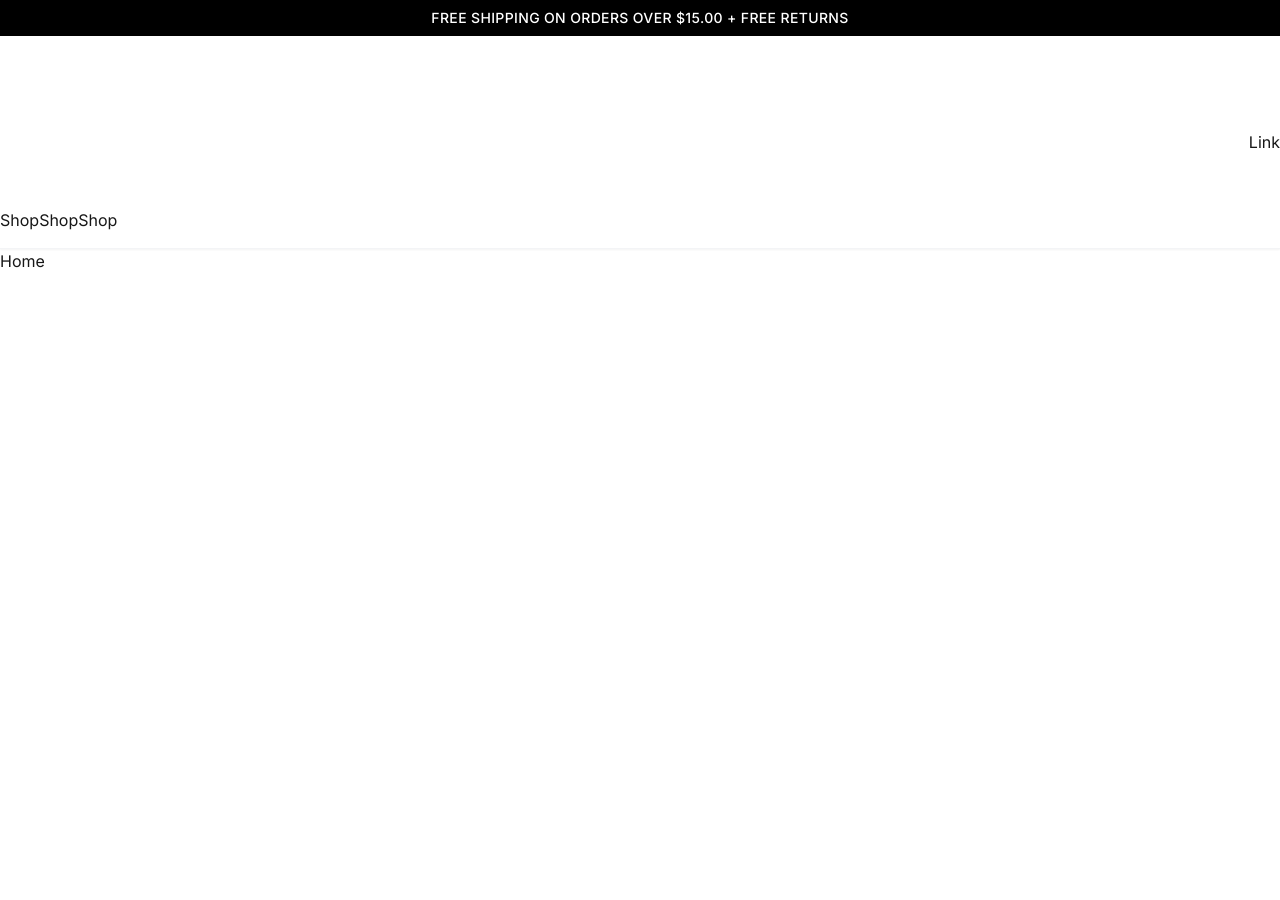
Repository: DiwanMalla/TEMU_CLONE
Page: /
These files come from the project's save history. The page is drawn as it stood at one moment and after the next save; the edit follows.
The browser window is 1280 px wide. The pictures show the whole page.
The project was rebuilt for these pictures with package versions that can differ from the ones it lists, and the page was loaded fresh each time. The framework's server and built-in components were replaced by stand-ins that run in the browser. Also part of the build but not shown: next.config.ts.

Above is the page before, as saved 2025-01-20 22:25:44.

### app/layout.tsx
import type { Metadata } from "next";
import "./globals.css";
import { Inter } from "next/font/google";
import Header from "@/components/layout/Header";

const inter = Inter({ subsets: ["latin"] });
export const metadata: Metadata = {
  title: "Create Next App",
  description: "Generated by create next app",
};

export default function RootLayout({
  children,
}: Readonly<{
  children: React.ReactNode;
}>) {
  return (
    <html lang="en">
      <body className={`${inter.className} antialiased  min-h-[125vh]`}>
        <Header />
        {children}
      </body>
    </html>
  );
}

### app/page.tsx
import Header from "@/components/layout/Header";

const page = () => {
  return <div>Home</div>;
};

export default page;

### components/layout/Header.tsx
"use client";
import Link from "next/link";
import { useEffect, useState } from "react";

const AnnounecementBar = () => {
  return (
    <div className="w-full bg-black py-2">
      <div className="container mx-auto flex items-center justify-center px-3">
        <span className="text-center text-sm font-medium tracking-wide text-white">
          FREE SHIPPING ON ORDERS OVER $15.00 + FREE RETURNS
        </span>
      </div>
    </div>
  );
};
const Header = () => {
  const [isOpen, setIsOpen] = useState(false);
  const [prevScrollY, setPrevScrollY] = useState<number>(0);
  useEffect(() => {
    const handleScroll = () => {
      const currentScrollY = window.scrollY;
      const scrolledUp = currentScrollY < prevScrollY;
      if (scrolledUp) {
        setIsOpen(true);
      } else if (currentScrollY > 100) {
        setIsOpen(false);
      }
      setPrevScrollY(currentScrollY);
    };
    setPrevScrollY(window.scrollY);
    window.addEventListener("scroll", handleScroll);
    return () => {
      window.removeEventListener("scroll", handleScroll);
    };
  }, [prevScrollY]);
  return (
    <header className="w-full sticky top-0 z-50">
      <div
        className={`w-full transform transition-transform duration-300 ease-in-out ${
          isOpen ? `translate-y-0` : "-translate-y-full"
        }`}
      >
        <AnnounecementBar />
        <div className="w-full flex justify-between items-center py-3 sm:py-4 bg-white/80 shadow-sm border-b border-gray-100 backdrop-blur-sm">
          <div className="flex justify-between items-center container mx-auto">
            <div>
              <button>
                <svg xmlns="http://www.w3.org/2000/svg">
                  <path />
                </svg>
              </button>
              <nav>
                <Link href="#">Shop</Link>
                <Link href="#">Shop</Link>
                <Link href="#">Shop</Link>
              </nav>
            </div>
            <Link href="#">Link</Link>
          </div>
        </div>
      </div>
    </header>
  );
};

export default Header;

Loaded but not shown: app/globals.css (common file); tailwind.config.ts (common file)

After the next save:
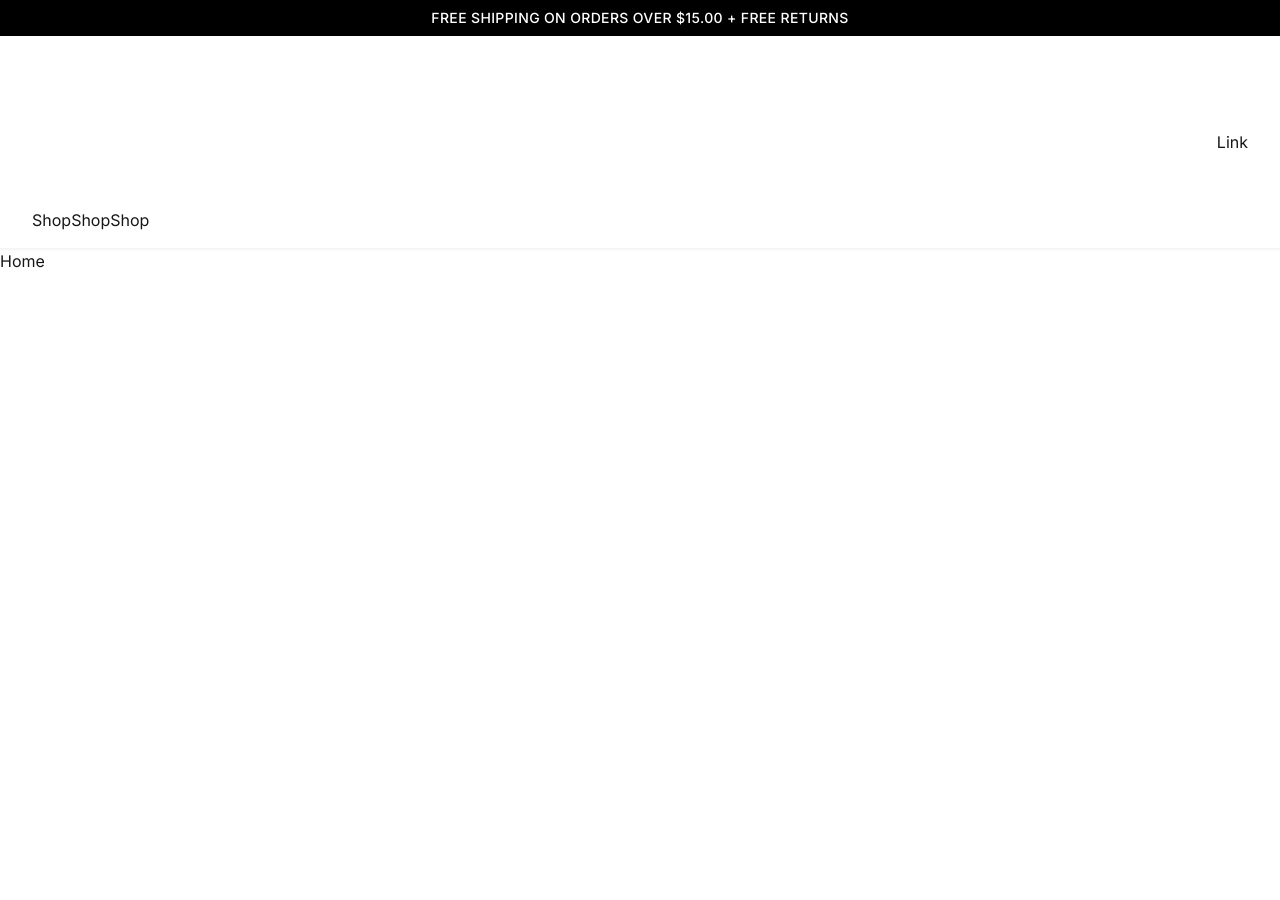
Saved 4 s later.
--- a/components/layout/Header.tsx
+++ b/components/layout/Header.tsx
@@ -42,7 +42,7 @@ const Header = () => {
       >
         <AnnounecementBar />
         <div className="w-full flex justify-between items-center py-3 sm:py-4 bg-white/80 shadow-sm border-b border-gray-100 backdrop-blur-sm">
-          <div className="flex justify-between items-center container mx-auto">
+          <div className="flex justify-between items-center container mx-auto px-8">
             <div>
               <button>
                 <svg xmlns="http://www.w3.org/2000/svg">
